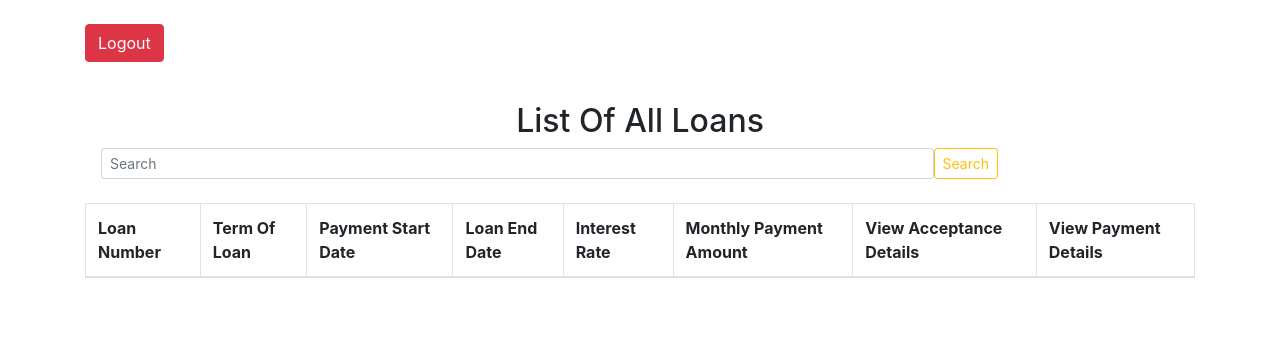
Repository: Bayvao/E-Loan-Project
Page: http://localhost/E-Loan-Project/WEB-INF/views/loan-list.jsp
An editor plug-in stored every save of this project. The page is shown before and after the next save, followed by the edit.
The browser window is 1280 px wide. The pictures show the whole page.
The page is served by Tomcat 9. Nobody is signed in. The template is opened directly, without the code that normally fills it, so the values that code supplies are empty.

Above is the page before, as saved 2020-07-25 12:57:03.

After the next save:
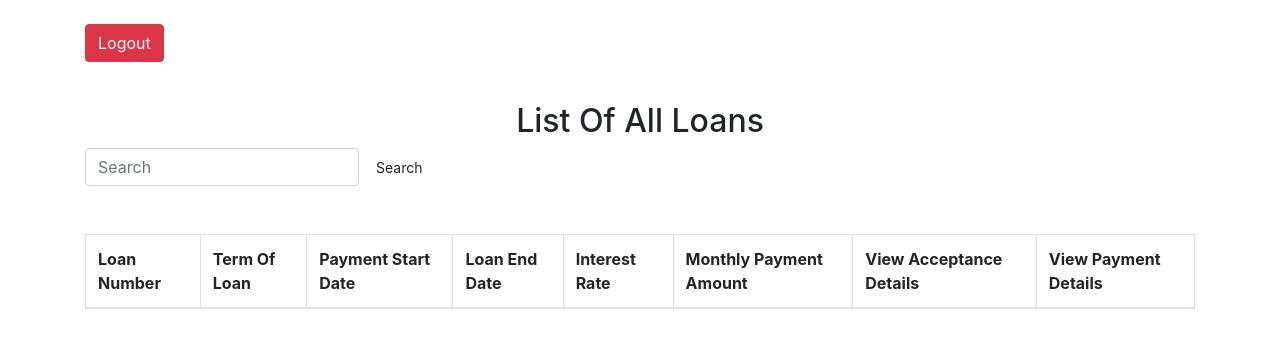
Saved 45 s later.
--- a/E-Loan-Project/src/main/webapp/WEB-INF/views/loan-list.jsp
+++ b/E-Loan-Project/src/main/webapp/WEB-INF/views/loan-list.jsp
@@ -21,7 +21,6 @@
 
 
 <style>
-
 h2 {
 	text-align: center;
 }
@@ -30,7 +29,7 @@ h2 {
 <body>
 
 	<div class="container">
-	<br/>
+		<br />
 		<!-- Add a logout button -->
 		<form:form action="${pageContext.request.contextPath}/logout"
 			method="POST">
@@ -38,7 +37,7 @@ h2 {
 			<input type="submit" class="btn btn-danger" value="Logout" />
 
 		</form:form>
-		<br/>
+		<br />
 		<p>
 
 			<security:authorize access="isAuthenticated()">
@@ -51,14 +50,11 @@ h2 {
 			<h2>List Of All Loans</h2>
 		</div>
 
-		<form:form action="${pageContext.request.contextPath}/searchLoan"
-			method="POST" class="form-inline">
-			<i class="fas fa-search" aria-hidden="true"></i>
-			<input class="form-control form-control-sm ml-3 w-75" type="text"
-				placeholder="Search" aria-label="Search">
-			<button class="btn btn-outline-warning btn-rounded btn-sm my-0"
-				type="submit">Search</button>
-		</form:form>
+		<form class="form-inline md-form mr-auto mb-4">
+			<input class="form-control mr-sm-2" type="text" placeholder="Search"
+				aria-label="Search">
+			<button class="btn btn-elegant btn-rounded btn-sm my-0" type="submit">Search</button>
+		</form>
 		<br>
 
 		<table class="table table-bordered table-hover">
